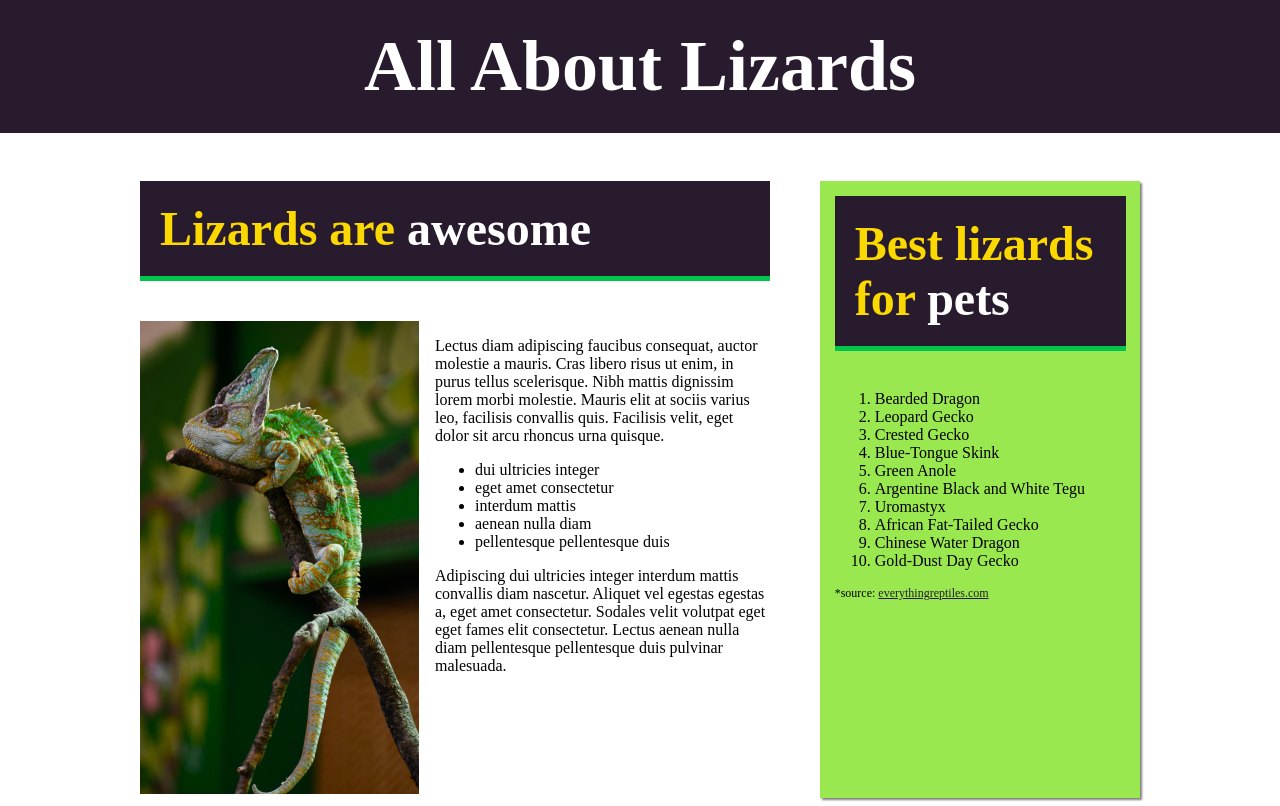
Repository: Doumham-Armah/lizards-landing--page
Page: index.html
The author's editor kept a copy of each file at every save. The page is drawn from the files as they stood at one save, then again after the next save.
The browser window is 1280 px wide. The pictures show the whole page.

Above is the page before, as saved 2021-08-11 11:15:00.

### index.html
<!DOCTYPE html>
<html>
  <head>
    <title>All about lizards</title>
    <link href="css/style.css" rel="stylesheet" />
  </head>
  <body>
    <header>
      <h1>All About Lizards</h1>
    </header>

    <main>
      <div class="container">
        <div class="columns">
          <section class="main-content">
            <h2 class="subhead">
              Lizards are <span class="white-text">awesome</span>
            </h2>

            <div class="columns">
              <div class="col-left">
                <img
                  src="images/chameleon.jpg"
                  alt="a chameleon climbing a branch"
                />
              </div>

              <div class="col-right">
                <p>
                  Lectus diam adipiscing faucibus consequat, auctor molestie a
                  mauris. Cras libero risus ut enim, in purus tellus
                  scelerisque. Nibh mattis dignissim lorem morbi molestie.
                  Mauris elit at sociis varius leo, facilisis convallis quis.
                  Facilisis velit, eget dolor sit arcu rhoncus urna quisque.
                </p>

                <!-- insert the unordered list here -->
                <ul>
                  <li>dui ultricies integer</li>
                  <li>eget amet consectetur</li>
                  <li>interdum mattis</li>
                  <li>aenean nulla diam</li>
                  <li>pellentesque pellentesque duis</li>
                </ul>

                <p>
                  Adipiscing dui ultricies integer interdum mattis convallis
                  diam nascetur. Aliquet vel egestas egestas a, eget amet
                  consectetur. Sodales velit volutpat eget eget fames elit
                  consectetur. Lectus aenean nulla diam pellentesque
                  pellentesque duis pulvinar malesuada.
                </p>
              </div>
            </div>
          </section>

          <aside class="sidebar">
            <h2 class="subhead">
              Best lizards for <span class="white-text">pets</span>
            </h2>
            <!-- insert the ordered list here -->
            <ol>
              <li>Bearded Dragon</li>
              <li>Leopard Gecko</li>
              <li>Crested Gecko</li>
              <li>Blue-Tongue Skink</li>
              <li>Green Anole</li>
              <li>Argentine Black and White Tegu</li>
              <li>Uromastyx</li>
              <li>African Fat-Tailed Gecko</li>
              <li>Chinese Water Dragon</li>
              <li>Gold-Dust Day Gecko</li>
            </ol>
            <p class="source">
              *source:
              <a href="https://www.everythingreptiles.com/20-best-pet-lizards/"
                >everythingreptiles.com</a
              >
            </p>
          </aside>
        </div>
        <!-- close columns -->
      </div>
      <!-- close container -->
    </main>
  </body>
</html>

### css/style.css
body {
  margin: 0;
  margin-bottom: 0.5rem;
}

/* solution with h1 only */

h1 {
  background-color: #281b2d;
  color: #fff;
  text-align: center;
  font-size: 72px;
  margin-top: 0;
  padding: 25px 0;
}

a {
  color: #281b2d;
}

a:hover {
  color: #fff;
}

.subhead {
  background-color: #281b2d;
  color: #fcd801;
  font-size: 48px;
  padding: 20px;
  border-bottom: 5px solid #00c54c;
  margin-top: 0;
}

.white-text {
  color: #fff;
}

.container {
  max-width: 62.5rem;
  margin: 0 auto;
  padding: 0 1.5rem;
}

.columns {
  display: flex;
}

.col-right {
  margin-left: 1rem;
  text-align: left;
}

.main-content {
  width: 65%;
  margin-right: 5%;
}

.sidebar {
  width: 30%;
}

.sidebar {
  background-color: #9ae84f;
  padding: 0.9rem;
  box-shadow: 2px 2px 2px gray;
}
.source {
  font-size: 12px;
}

After the next save:
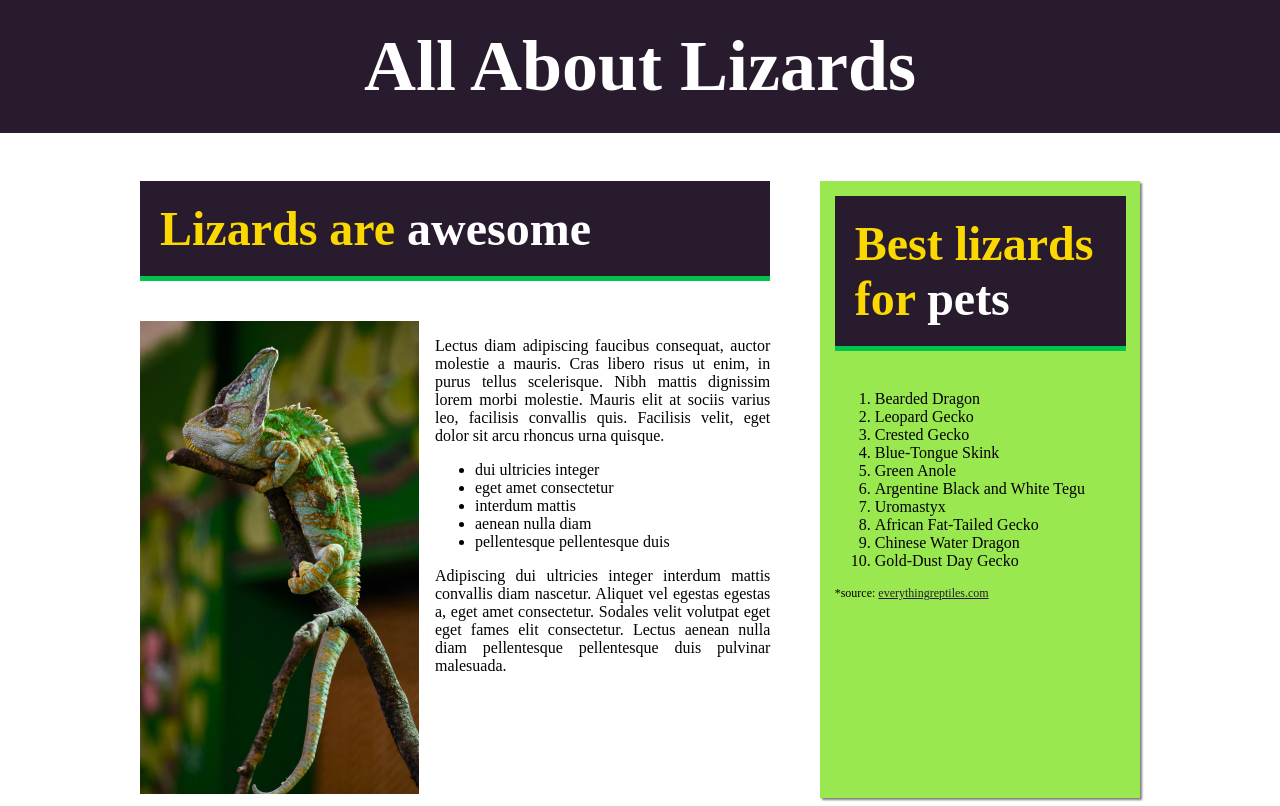
Saved 38 s later.
--- a/css/style.css
+++ b/css/style.css
@@ -47,7 +47,7 @@
 
 .col-right {
   margin-left: 1rem;
-  text-align: left;
+  text-align: justify;
 }
 
 .main-content {

After the save that followed:
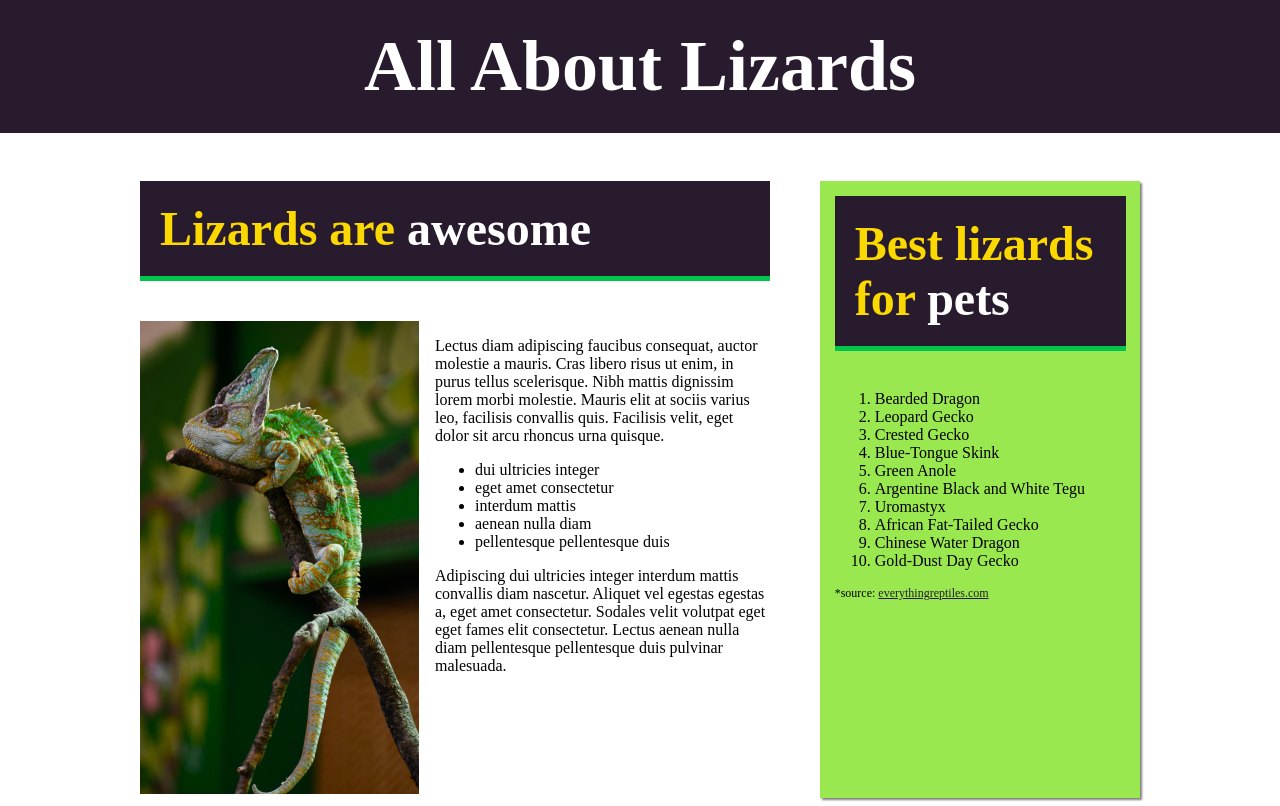
Saved 14 s later.
--- a/css/style.css
+++ b/css/style.css
@@ -47,7 +47,7 @@
 
 .col-right {
   margin-left: 1rem;
-  text-align: justify;
+  /* text-align: justify; */
 }
 
 .main-content {
